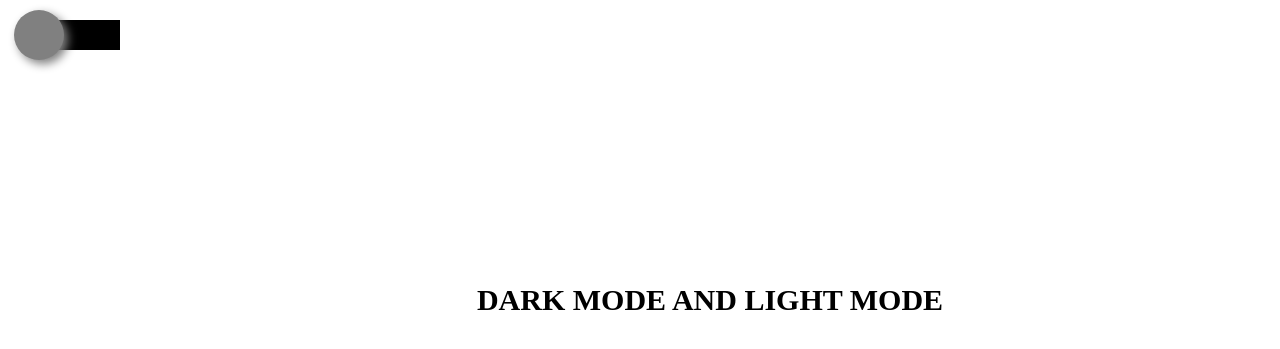
Repository: Eugene44-hub/darkmode-lightmode
Page: index.html
These files come from the project's save history. The page is drawn as it stood at one moment and after the next save; the edit follows.
The browser window is 1280 px wide. The pictures show the whole page.
After loading, the first visible `div.circle` was clicked once.

Above is the page before, as saved 2021-09-13 01:39:20.

### index.html
<!DOCTYPE html>
<html lang="en">

<head>
    <meta charset="UTF-8">
    <meta http-equiv="X-UA-Compatible" content="IE=edge">
    <meta name="viewport" content="width=device-width, initial-scale=1.0">
    <title>Document</title>
    <link rel="stylesheet" href="style.css">
</head>

<body>
    <div class="box">
        <div class="circle"></div>
    </div>

    <p>Dark Mode and Light mode</p>
    <!-- <div class="square"></div>
    <div class="circle"></div> -->
    <script src="app.js"></script>
</body>

</html>

### style.css
  * {
      padding: 0;
      margin: 0;
      box-sizing: border-box;
  }

  body {
      display: flex;
      height: 600px;
  }

  p {
      margin: auto;
      font-size: 30px;
      font-weight: bold;
      text-transform: uppercase;
  }

  .box {
      background-color: black;
      height: 30px;
      width: 100px;
      position: relative;
      margin: 20px;
  }

  .circle {
      top: -10px;
      background-color: grey;
      height: 50px;
      width: 50px;
      box-shadow: 4px 4px 10px grey;
      border-radius: 50%;
      position: absolute;
      left: -6px;
  }

### app.js
const circle = document.querySelector('.circle');
const box = document.querySelector('.box');
const text = document.querySelector('p');
circle.addEventListener('click', e => {
    if (circle.style.left == '-6px') {
        document.body.style.backgroundColor = 'black';
        circle.style.left = '50px'
        box.style.backgroundColor = 'white'
        text.style.color = 'white';

    } else {
        circle.style.left = '-6px'
        document.body.style.backgroundColor = 'white';

        box.style.backgroundColor = 'black';
    }
})

After the next save:
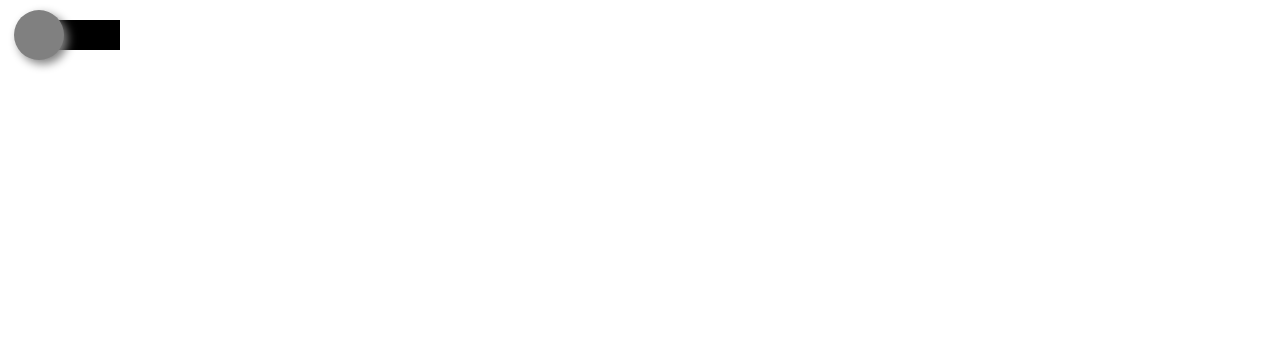
Saved 7 s later.
--- a/app.js
+++ b/app.js
@@ -11,7 +11,7 @@
     } else {
         circle.style.left = '-6px'
         document.body.style.backgroundColor = 'white';
-
+        text.style.color = 'white';
         box.style.backgroundColor = 'black';
     }
 })

After the save that followed:
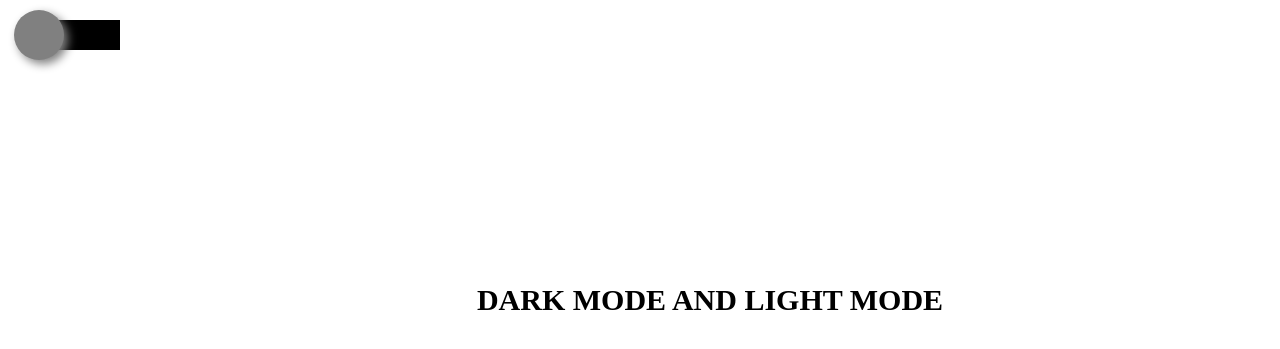
Saved 5 s later.
--- a/app.js
+++ b/app.js
@@ -11,7 +11,7 @@
     } else {
         circle.style.left = '-6px'
         document.body.style.backgroundColor = 'white';
-        text.style.color = 'white';
+        text.style.color = 'black';
         box.style.backgroundColor = 'black';
     }
 })
